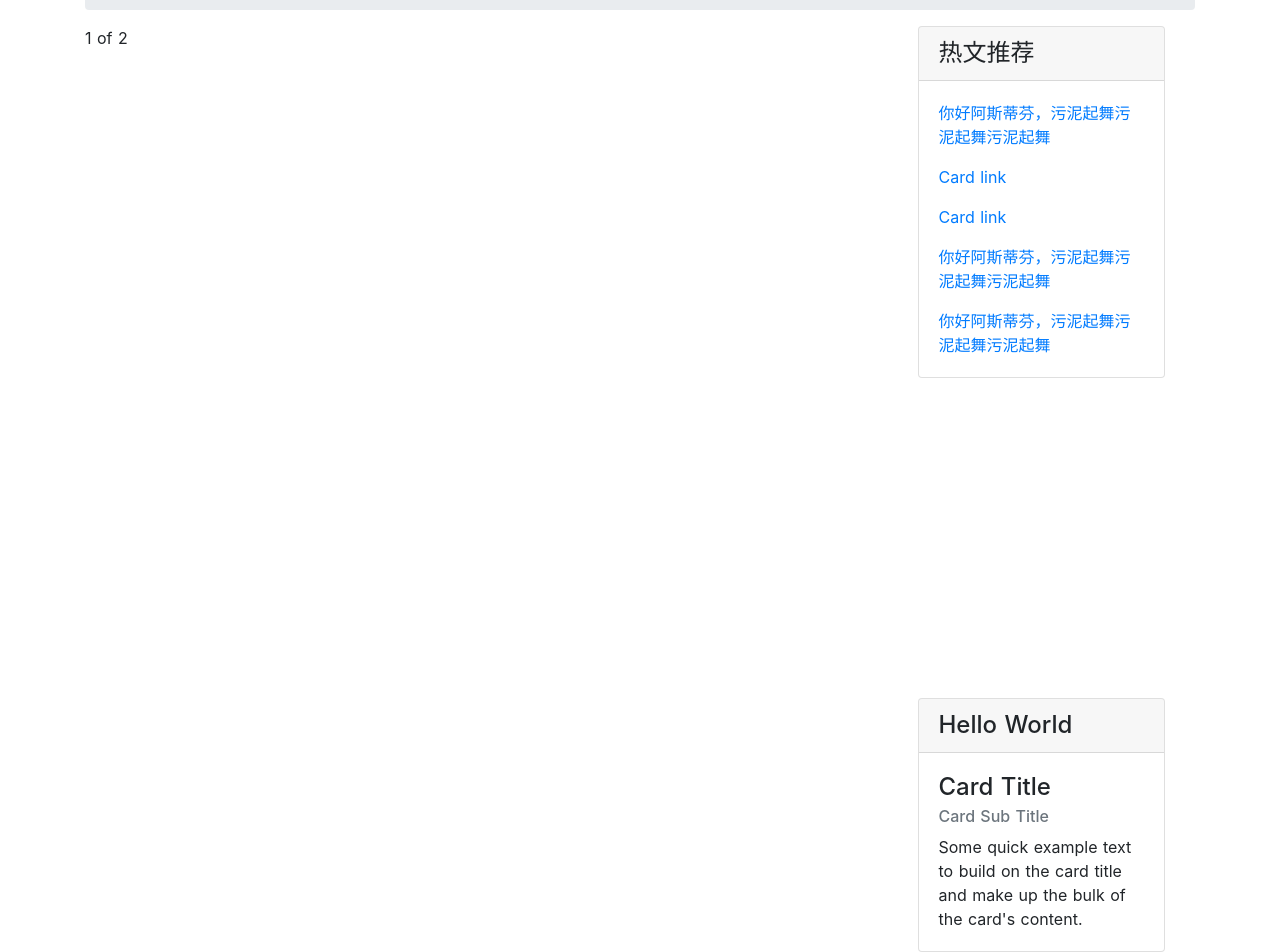
Repository: MTTTM/nuxt-xiaomatata
Page: /
An editor plug-in stored every save of this project. The page is shown before and after the next save, followed by the edit.
The browser window is 1280 px wide. The pictures show the part of the page from y = 638 to 1590 px (the page is 1590 px tall before and 1286 px after).
The project was rebuilt for these pictures with package versions that can differ from the ones it lists, and the page was loaded fresh each time. The framework's server and built-in components were replaced by stand-ins that run in the browser. Also part of the build but not shown: nuxt.config.js, components/Logo.vue, components/aboutMe.vue, components/articleListItem.vue, components/bloggerRanking.vue, components/carouselBox.vue, components/classifyList.vue, components/commentBox.vue and 7 more. Imported but missing from the stored project, and not drawn on this page: components/cmSpinner, mixins/scrollLoad.

Above is the page before, as saved 2021-04-10 12:03:25.

### assets/style/comm.scss
body{
  .container{
    min-height: auto;
    justify-content: start;
    text-align: left;
  }
}

### components/breadCrumb.vue
<template>
  <b-breadcrumb :items="items"></b-breadcrumb>
</template>

<script>
export default {
  data() {
    return {
      items: [
        {
          text: "Admin",
          href: "#",
        },
        {
          text: "Manage",
          href: "#",
        },
        {
          text: "Library",
          active: true,
        },
      ],
    };
  },
};
</script>

### components/navBar.vue
<template>
  <div class="nav-bar">
    <b-navbar toggleable="lg" type="dark" variant="info" fixed="top">
      <b-navbar-brand href="#"> 塔塔 </b-navbar-brand>

      <b-navbar-toggle target="nav-collapse" />

      <b-collapse id="nav-collapse" is-nav>
        <b-navbar-nav>
          <b-nav-item href="#"> Link </b-nav-item>
          <b-nav-item href="#" disabled> Disabled </b-nav-item>
          <b-nav-item-dropdown text="Lang" right>
            <b-dropdown-item href="#"> EN </b-dropdown-item>
            <b-dropdown-item href="#"> ES </b-dropdown-item>
            <b-dropdown-item href="#"> RU </b-dropdown-item>
            <b-dropdown-item href="#"> FA </b-dropdown-item>
          </b-nav-item-dropdown>
        </b-navbar-nav>

        <!-- Right aligned nav items -->
        <b-navbar-nav class="ml-auto">
          <b-nav-form>
            <b-form-input size="sm" class="mr-sm-2" placeholder="Search" />

            <b-button size="sm" class="my-2 my-sm-0" type="submit">
              Search
            </b-button>
          </b-nav-form>

          <b-nav-item-dropdown right>
            <!-- Using 'button-content' slot -->
            <template #button-content>
              <b-avatar
                variant="info"
                src="https://placekitten.com/300/300"
              ></b-avatar>
              <em>User</em>
            </template>

            <b-dropdown-item href="#"> Profile </b-dropdown-item>
            <b-dropdown-item href="#"> Sign Out </b-dropdown-item>
          </b-nav-item-dropdown>
        </b-navbar-nav>
      </b-collapse>
    </b-navbar>
  </div>
</template>
<script>
export default {};
</script>
<style lang="scss">
* {
  margin: 0;
  padding: 0;
}
</style>

### layouts/default.vue
<template>
  <div>
    <navBar />
    <Nuxt />
  </div>
</template>
<script>
import navBar from "../components/navBar";
export default {
  components: { navBar }
};
</script>
<style>
html {
  font-size: 16px;
  word-spacing: 1px;
  -ms-text-size-adjust: 100%;
  -webkit-text-size-adjust: 100%;
  -moz-osx-font-smoothing: grayscale;
  -webkit-font-smoothing: antialiased;
  box-sizing: border-box;
}
</style>

### pages/index.vue
<template>
  <div>
    <b-carousel
      id="carousel-1"
      v-model="slide"
      :interval="4000"
      controls
      indicators
      background="#ababab"
      img-width="1024"
      img-height="480"
      style="text-shadow: 1px 1px 2px #333"
      @sliding-start="onSlideStart"
      @sliding-end="onSlideEnd"
    >
      <!-- Text slides with image -->
      <b-carousel-slide
        caption="First slide"
        text="Nulla vitae elit libero, a pharetra augue mollis interdum."
        img-src="https://picsum.photos/1024/480/?image=52"
      ></b-carousel-slide>

      <!-- Slides with custom text -->
      <b-carousel-slide img-src="https://picsum.photos/1024/480/?image=54">
        <h1>Hello world!</h1>
      </b-carousel-slide>

      <!-- Slides with image only -->
      <b-carousel-slide
        img-src="https://picsum.photos/1024/480/?image=58"
      ></b-carousel-slide>

      <!-- Slides with img slot -->
      <!-- Note the classes .d-block and .img-fluid to prevent browser default image alignment -->
      <b-carousel-slide>
        <template #img>
          <img
            class="d-block img-fluid w-100"
            width="1024"
            height="480"
            src="https://picsum.photos/1024/480/?image=55"
            alt="image slot"
          />
        </template>
      </b-carousel-slide>

      <!-- Slide with blank fluid image to maintain slide aspect ratio -->
      <b-carousel-slide caption="Blank Image" img-blank img-alt="Blank image">
        <p>
          Lorem ipsum dolor sit amet, consectetur adipiscing elit. Suspendisse
          eros felis, tincidunt a tincidunt eget, convallis vel est. Ut
          pellentesque ut lacus vel interdum.
        </p>
      </b-carousel-slide>
    </b-carousel>

    <b-container>
      <breadCrumb class="w-100" />
    </b-container>
    <b-container>
      <b-row class="w-100">
        <b-col cols="9" md="9" sm="12">1 of 2</b-col>
        <b-col cols="3" md="3" sm="12">
          <b-card no-body style="max-width: 20rem">
            <template #header>
              <h4 class="mb-0">热文推荐</h4>
            </template>

            <b-card-body>
              <b-card-text>
                <a href="#" class="card-link"
                  >你好阿斯蒂芬，污泥起舞污泥起舞污泥起舞</a
                >
              </b-card-text>
              <b-card-text>
                <a href="#" class="card-link">Card link</a>
              </b-card-text>
              <b-card-text>
                <a href="#" class="card-link">Card link</a>
              </b-card-text>
              <b-card-text>
                <a href="#" class="card-link"
                  >你好阿斯蒂芬，污泥起舞污泥起舞污泥起舞</a
                >
              </b-card-text>
              <b-card-text>
                <a href="#" class="card-link"
                  >你好阿斯蒂芬，污泥起舞污泥起舞污泥起舞</a
                >
              </b-card-text>
            </b-card-body>
          </b-card>

          <b-card no-body style="margin-top: 20rem">
            <template #header>
              <h4 class="mb-0">Hello World</h4>
            </template>

            <b-card-body>
              <b-card-title>Card Title</b-card-title>
              <b-card-sub-title class="mb-2">Card Sub Title</b-card-sub-title>
              <b-card-text>
                Some quick example text to build on the card title and make up
                the bulk of the card's content.
              </b-card-text>
            </b-card-body>
          </b-card>
        </b-col>
      </b-row>
    </b-container>
  </div>
</template>
<script>
import breadCrumb from "../components/breadCrumb";
export default {
  components: { breadCrumb },
};
</script>
<style>
.container {
  margin: 0 auto;
  min-height: 100vh;
  display: flex;
  justify-content: center;
  align-items: center;
  text-align: center;
}

.title {
  display: block;
  font-weight: 300;
  font-size: 100px;
  color: #35495e;
  letter-spacing: 1px;
}

.subtitle {
  font-weight: 300;
  font-size: 42px;
  color: #526488;
  word-spacing: 5px;
  padding-bottom: 15px;
}

.links {
  padding-top: 15px;
}
</style>

Loaded but not shown: store/system.js (no copy from this time; the picture is the same without it)

After the next save:
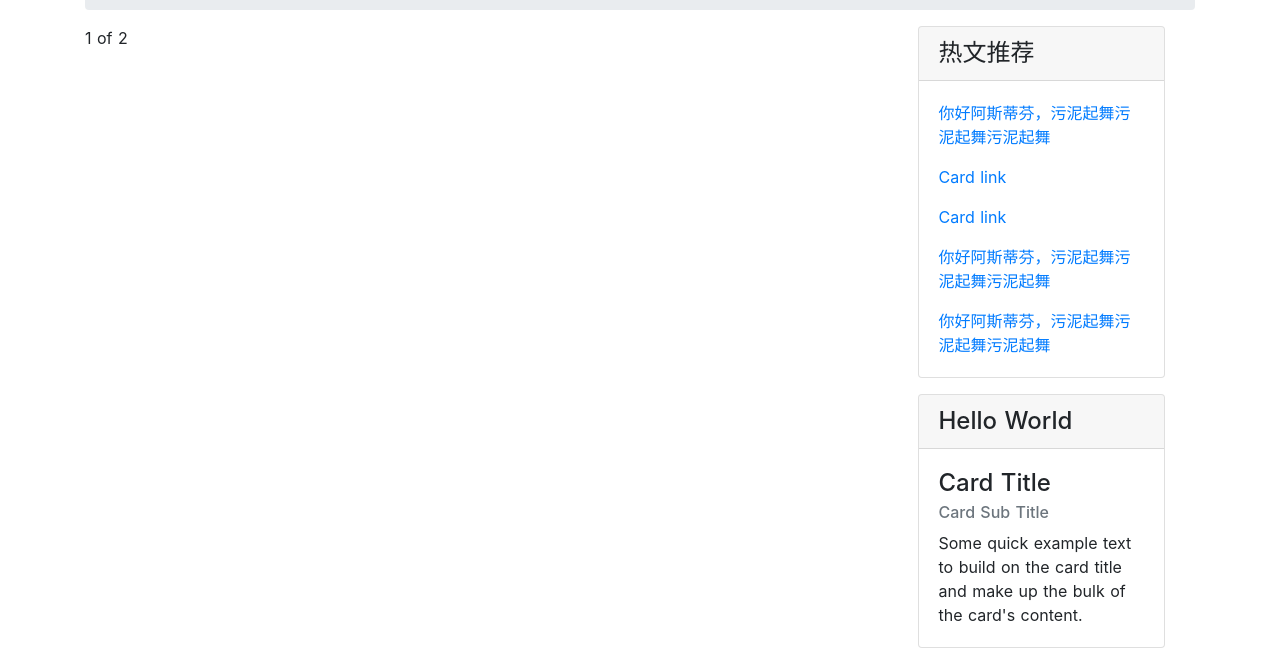
Saved 16 s later.
--- a/pages/index.vue
+++ b/pages/index.vue
@@ -91,7 +91,7 @@
             </b-card-body>
           </b-card>
 
-          <b-card no-body style="margin-top: 20rem">
+          <b-card no-body style="margin-top: 1rem">
             <template #header>
               <h4 class="mb-0">Hello World</h4>
             </template>
